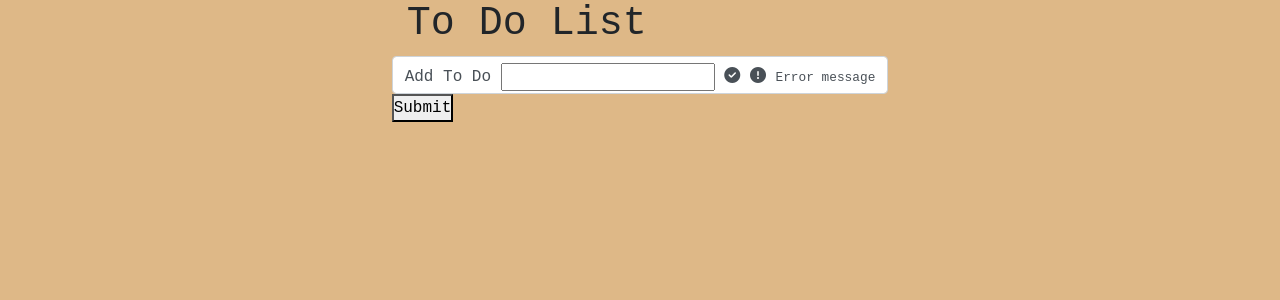
Repository: skepp4rn/todolist
Page: index.html
These files come from the project's save history. The page is drawn as it stood at one moment and after the next save; the edit follows.
The browser window is 1280 px wide. The pictures show the whole page.
The page's requests for data from a server got no answer. Some web libraries are served in a nearby version.

Above is the page before, as saved 2021-01-28 11:34:34.

After the next save:
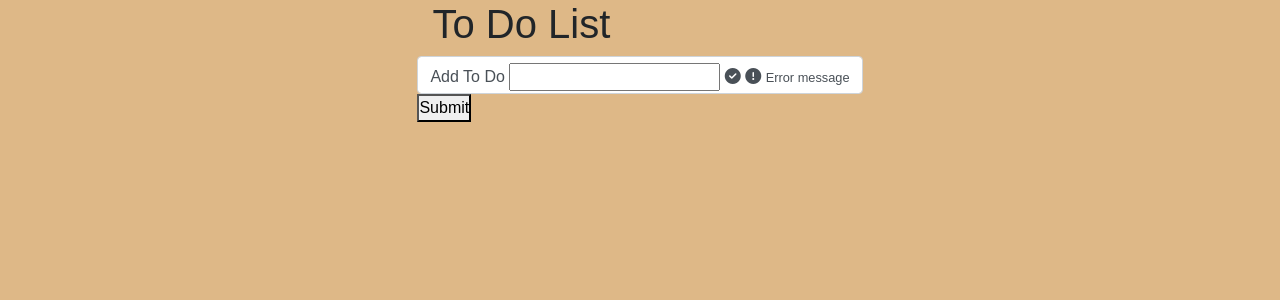
Saved 6 s later.
--- a/css/style.css
+++ b/css/style.css
@@ -6,7 +6,7 @@
 
 body {
     background-color: burlywood;
-    font-family: 'Courier New', Courier, monospace;
+    font-family: Arial, Helvetica, sans-serif;
     display: grid;
     justify-content: center;
 }
